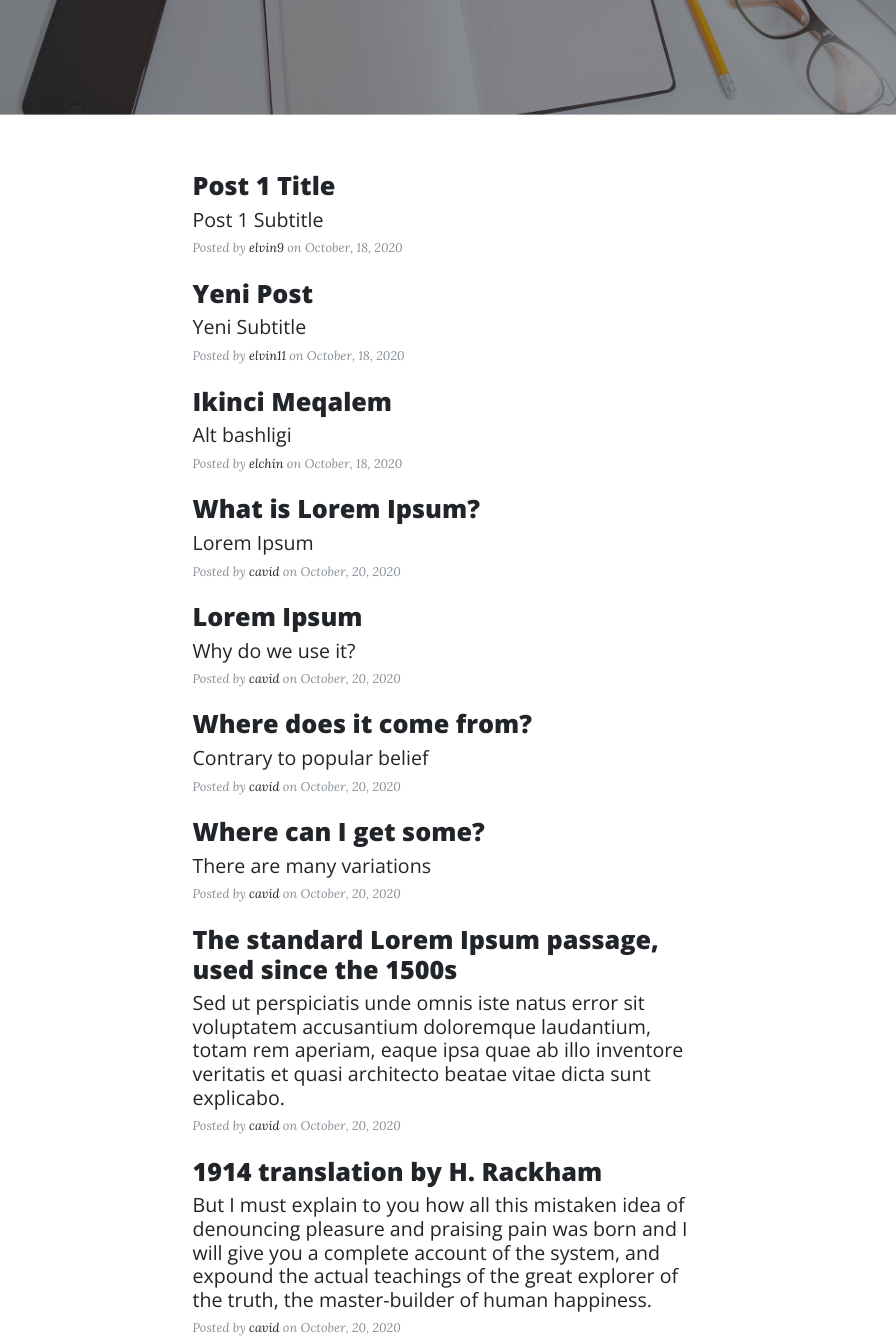
Repository: elvinyeka/elvin-blog
Page: http://localhost/
An editor plug-in stored every save of this project. The page is shown before and after the next save, followed by the edit.
The browser window is 1280 px wide. The pictures show the part of the page from y = 369 to 2289 px (the page is 3295 px tall), at 70% of full size.
The page is served by the project's application, run on Flask 3 (CLEANBLOG/__init__.py). The page reads the database file committed with the project.

Above is the page before, as saved 2020-10-18 23:01:07.

After the next save:
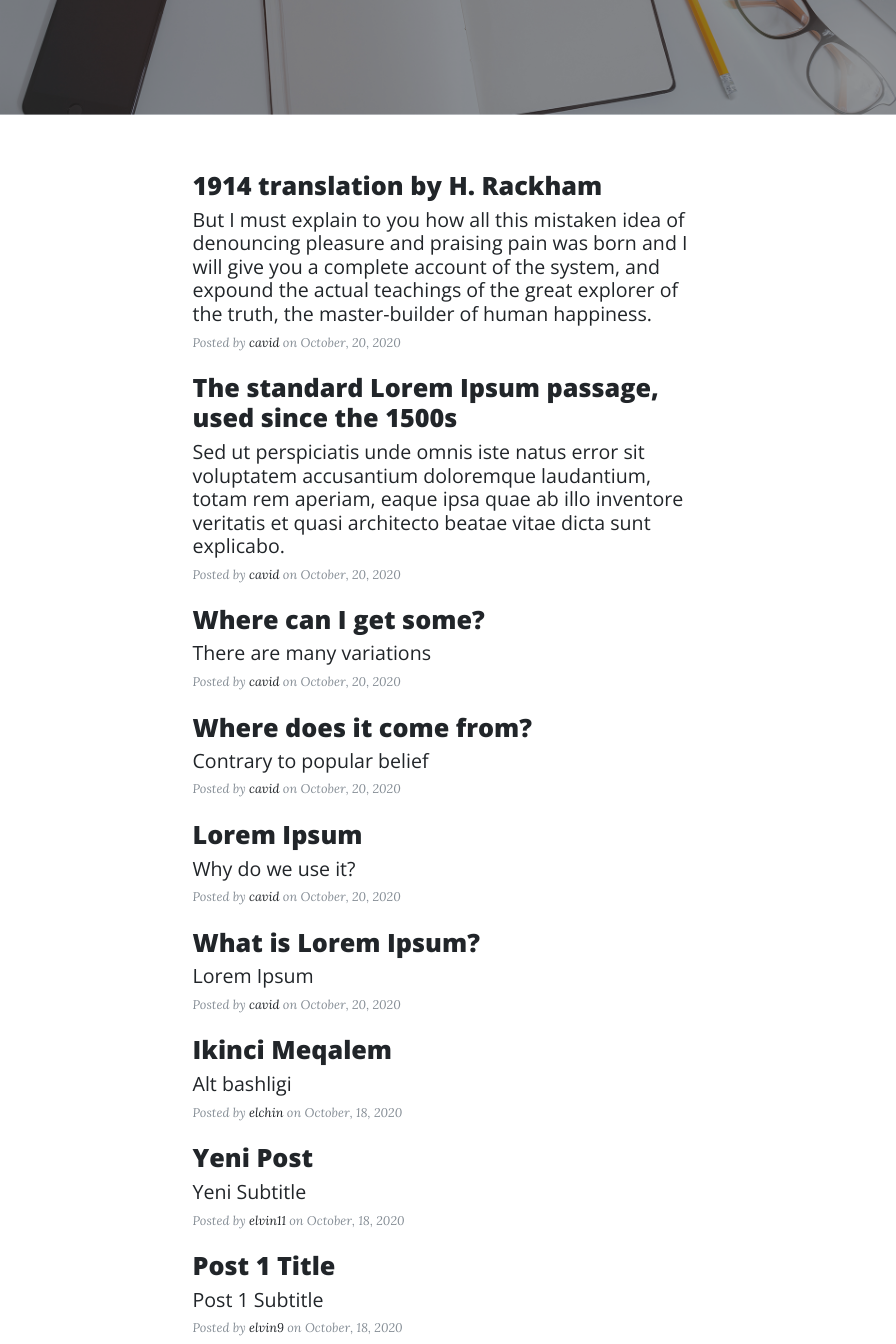
Saved 100 s later.
--- a/CLEANBLOG/routes.py
+++ b/CLEANBLOG/routes.py
@@ -7,7 +7,7 @@ from flask_login import login_user, current_user, logout_user, login_required
 
 @app.route('/')
 def index():
-    posts = Post.query.all()
+    posts = Post.query.order_by(Post.id.desc()).all()
     return render_template('index.html', title = 'HOME', posts=posts)
 
 @app.route('/about')
